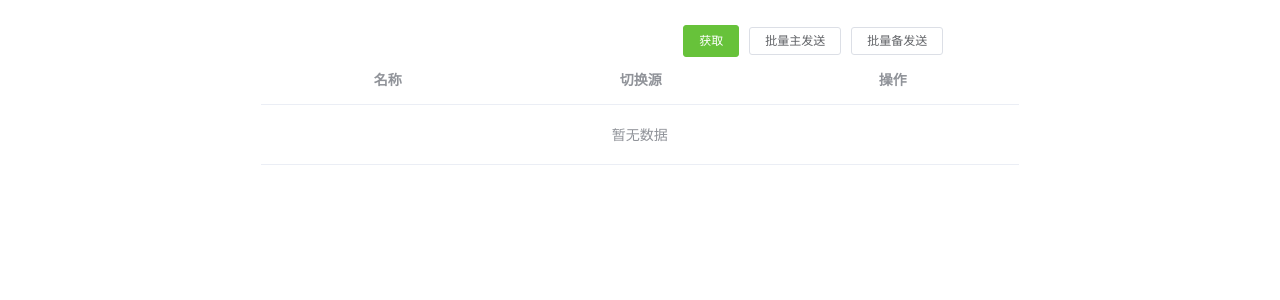
Repository: faintout/BHMQTTSendTool
Page: /
An editor plug-in stored every save of this project. The page is shown before and after the next save, followed by the edit.
The browser window is 1280 px wide. The pictures show the whole page.
The page's requests for data from a server got no answer. The project was rebuilt for these pictures with package versions that can differ from the ones it lists, and the page was loaded fresh each time. No one was signed in, and anything a server would have sent is missing. Also part of the build but not shown: vue.config.js, src/views/MovingInfoShow.vue.

Above is the page before, as saved 2020-09-03 15:35:25.

After the next save:
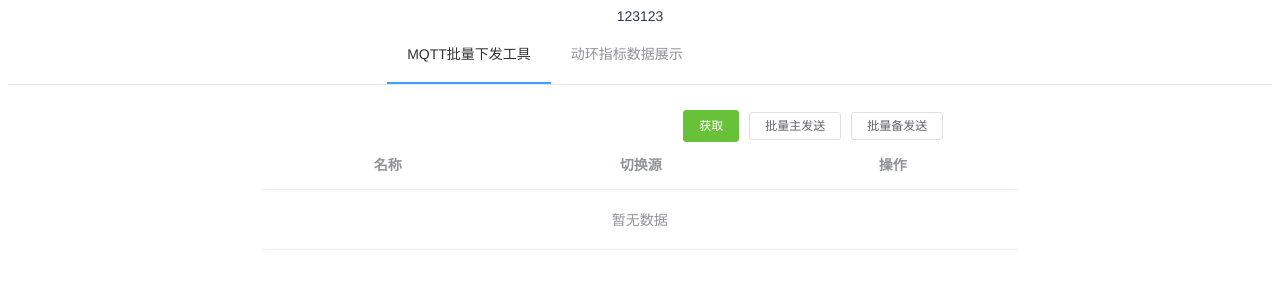
Saved 6 s later.
--- a/src/views/layout.vue
+++ b/src/views/layout.vue
@@ -1,6 +1,6 @@
 <template>
     <div>
-        <v-header></v-header>
+        <header-info></header-info>
         <!-- <mqtt-send-tool v-if='activeIndex==1'></mqtt-send-tool>
         <moving-info-show v-if='activeIndex==2'></moving-info-show> -->
         <router-view></router-view>
